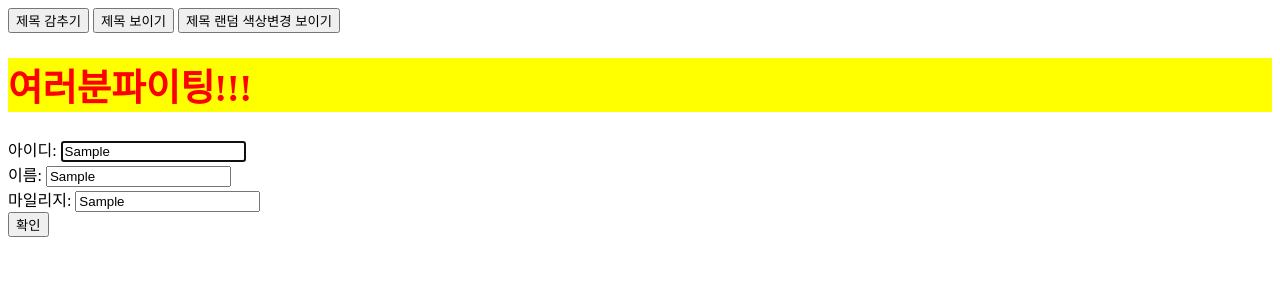
Repository: jelly02/workspace_web
Page: workspace_webui_LECTURE/07.js_array_dom/src/main/webapp/index_dom_basic.html
These files come from the project's save history. The page is drawn as it stood at one moment and after the next save; the edit follows.
The browser window is 1280 px wide. The pictures show the whole page.
Empty fields were first filled with sample values (such as "Sample", 5 or name@example.com).
After loading, the first visible `button` was clicked once.

Above is the page before, as saved 2021-06-30 06:23:57.

### workspace_webui_LECTURE/07.js_array_dom/src/main/webapp/index_dom_basic.html
<!DOCTYPE html PUBLIC "-//W3C//DTD HTML 4.01 Transitional//EN" "http://www.w3.org/TR/html4/loose.dtd">
<html>
<head>
<meta http-equiv="Content-Type" content="text/html; charset=UTF-8">
<title>DOM API basic</title>
<script type="text/javascript">
	/* 윈도우 로드 이벤트 처리 함수 */
	window.onload = function() {
		var takeElement = document.getElementById("title_1");
		console.log(typeof(takeElement));

		// html 내용조회
		var html = takeElement.innerHTML;
		console.log("html >> ", html);

		// html 동적 변경
		takeElement.innerHTML = "<h1 style='color:red;background-color:yellow;'>여러분파이팅!!!</h1>"

		// 아이디 입력항목 객체 가져오기
		var memberIdElement = document.sampleForm.memberId;

		// 아이디 객체 포커스 위치시키기 : html5 속성 : autofocus="autofocus"
		memberIdElement.focus();
	}

	function titleHidden() {
		alert('제목 감추기')
	}

	function titleVisible() {
		alert('제목 보이기')
	}

	function titleVisibleRandomColor() {
		alert('제목 랜덤 색상변경 보이기')
	}

</script>
</head>
<body>

<button onclick="titleHidden()">제목 감추기</button>
<button onclick="titleVisible()">제목 보이기</button>
<button onclick="titleVisibleRandomColor()">제목 랜덤 색상변경 보이기</button>

<h3 id="title_1">DOM API basic</h3>
<form action="#" method="get" name="sampleForm" id="sampleForm">
	<div>아이디: <input type="text" name="memberId"></div>
	<div>이름: <input type="text" name="name"></div>
	<div>마일리지: <input type="text" name="mileage"></div>
	<div><input type="submit" value="확인"></div>
</form>
</body>
</html>

After the next save:
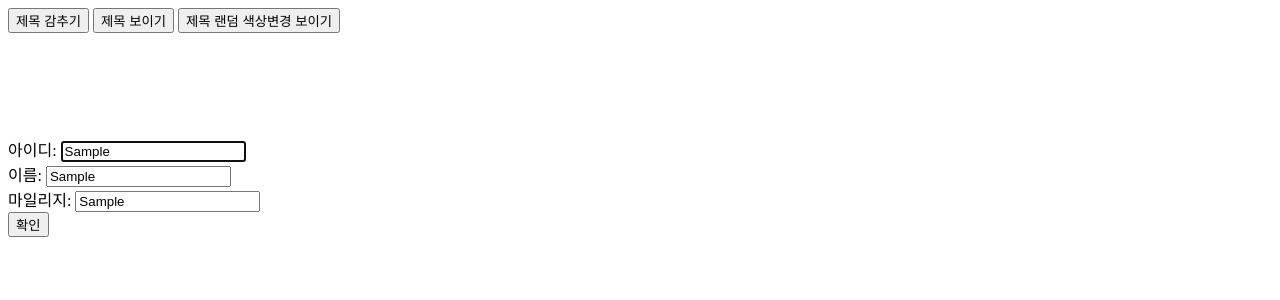
Saved 15 min 36 s later.
--- a/workspace_webui_LECTURE/07.js_array_dom/src/main/webapp/index_dom_basic.html
+++ b/workspace_webui_LECTURE/07.js_array_dom/src/main/webapp/index_dom_basic.html
@@ -25,6 +25,9 @@
 
 	function titleHidden() {
 		alert('제목 감추기')
+		// 제목 엘리먼트 객체 가져오기
+		var takeTitleElement = document.getElementById("title_1");
+		takeTitleElement.style.visibility = "hidden";
 	}
 
 	function titleVisible() {
